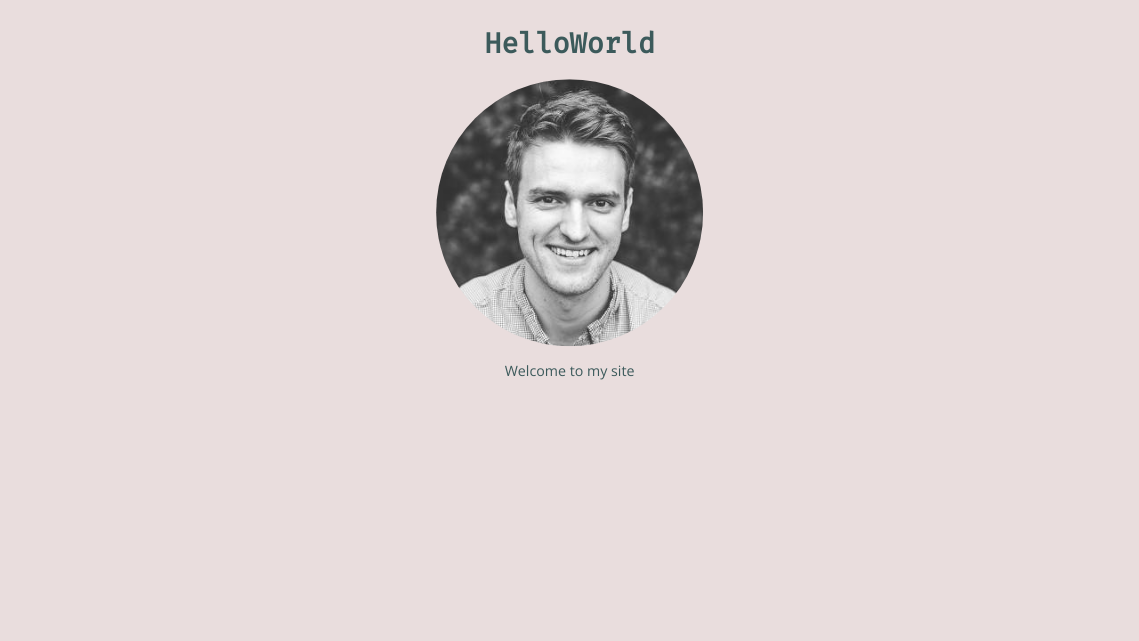
Repository: milespossing/Personal-Page
Page: index.html
An editor plug-in stored every save of this project. The page is shown before and after the next save, followed by the edit.
The browser window is 1280 px wide. The pictures show the whole page, at 89% of full size.

Above is the page before, as saved 2019-09-19 21:21:06.

After the next save:
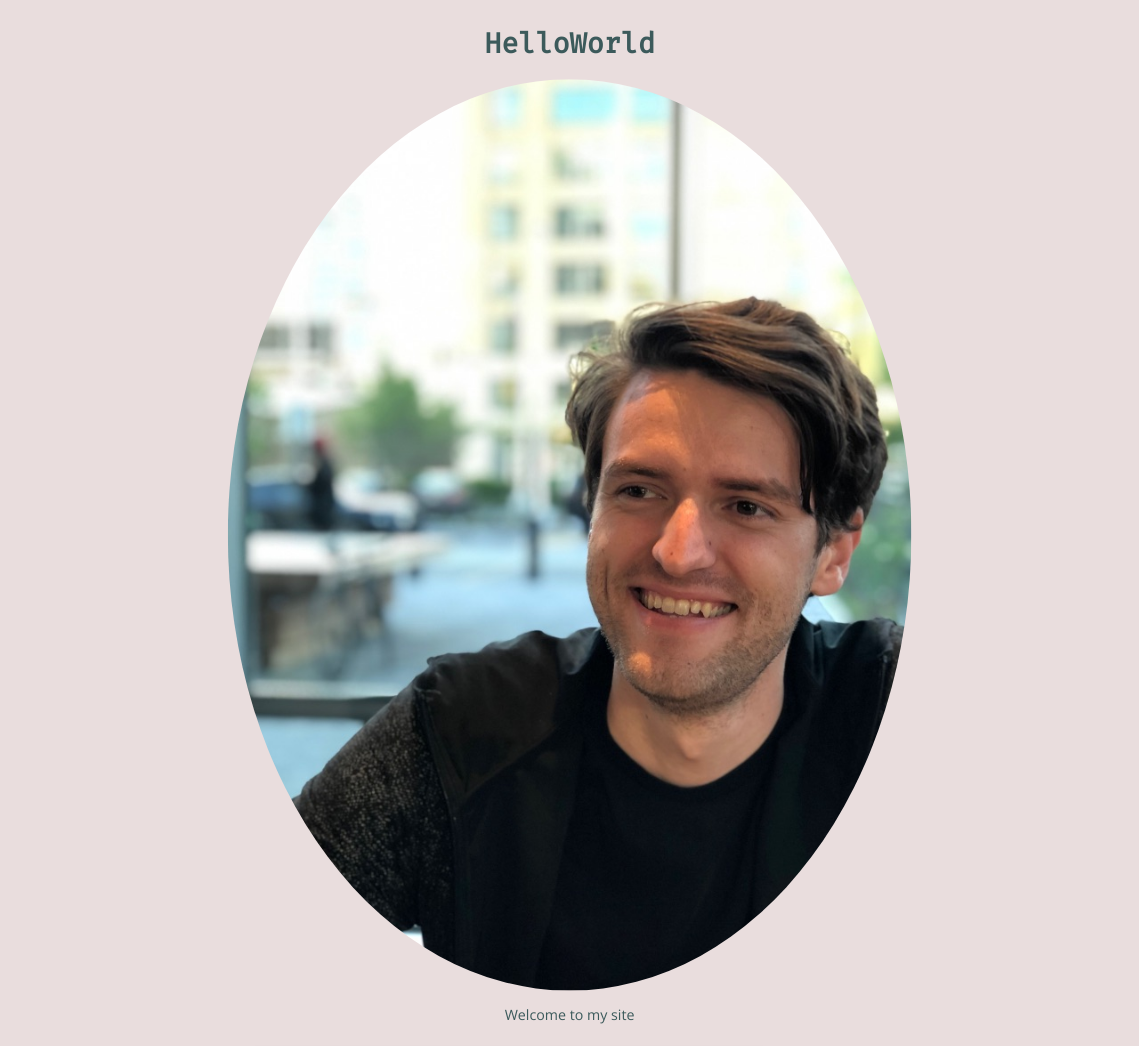
Saved 35 min 3 s later.
--- a/index.html
+++ b/index.html
@@ -6,7 +6,7 @@
     <div class="Site-Header">
         <h1 class="code">HelloWorld</h1>
         <div>
-            <img src="Images/simple-headshot.jpeg" class="Display-Picture"/>
+            <img src="Images/simple-headshot2.jpeg" class="Display-Picture"/>
         </div>
     </div>
     <p>Welcome to my site</p>
